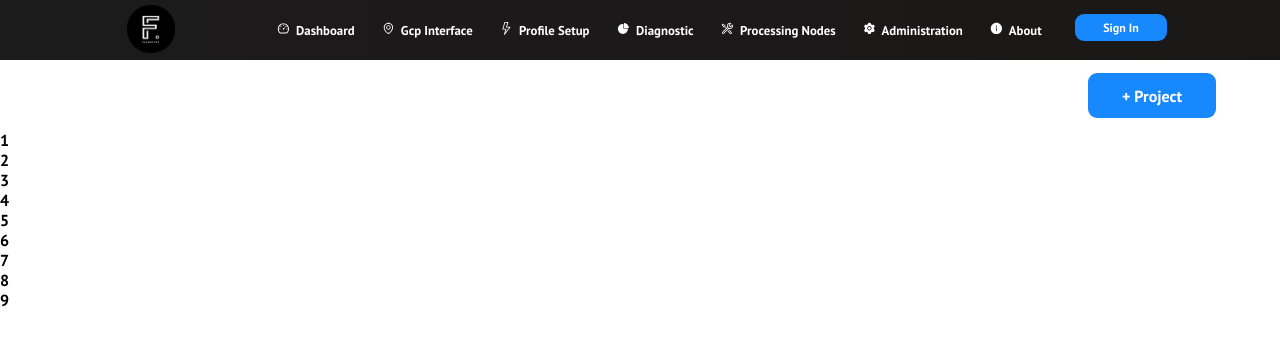
Repository: Akshaykumar1111/akki
Page: /Dashboard
These files come from the project's save history. The page is drawn as it stood at one moment and after the next save; the edit follows.
The browser window is 1280 px wide. The pictures show the whole page.
Some web libraries are served in a nearby version. The project was rebuilt for these pictures with package versions that can differ from the ones it lists, and the page was loaded fresh each time. Also part of the build but not shown: src/components/pages/Dashboard.css, src/components/pages/Administration.css, src/components/pages/Administration.js, src/components/pages/Diagnostic.js, src/components/pages/ProfileSetup.js, src/components/pages/GcpInterface.js, src/components/pages/ProcessingNodes.js, src/components/pages/About.js and 8 more.

Above is the page before, as saved 2022-10-20 11:16:52.

### src/App.css
* {
  box-sizing: border-box;
  margin: 0;
  padding: 0;
  font-family: 'PT Sans', sans-serif;
}

.home,
.Diagnostic,
.Dashboard,
.ProfileSetup,
.GcpInterface,
.ProcessingNodes,
.products,
.Administration,
.DeveloperTools,
.About,
.sign-up,
.SigUp,
.Forgot,
.marketing,
.consulting {
  display: flex;
  height: 961.3px;
  align-items: center;
  justify-content: center;
  font-size: 2rem;
}


.map-container{
  width: 100%;
  height: 100%;
}

.Dashboard {
  background-image: url('./images/img-1.jpg');
  background-position: center;
  background-size: cover;
  background-repeat: no-repeat;
  color: #fff;
  font-size: 100px;

  margin-bottom: 10px;
}

.GcpInterface {
  background-image: url('./images/img-2.jpg');
  background-position: center;
  background-size: cover;
  background-repeat: no-repeat;
  color: #fff;
  font-size: 100px;
}

.Diagnostic {
  background-image: url('./images/img-3.jpg');
  background-position: center;
  background-size: fill;
  background-repeat: no-repeat;
  color: #fff;
  font-size: 100px;
}

.ProfileSetup {
  background-image: url('./images/img-4.jpg');
  background-position: center;
  background-size: cover;
  background-repeat: no-repeat;
  color: #fff;
  font-size: 100px;
}

.sign-up {
  background-image: url('./images/img-7.jpg');
  background-position: center;
  background-size: cover;
  background-repeat: no-repeat;
  color: #fff;
  font-size: 100px;
}

.marketing {
  background-image: url('./images/img-6.jpg');
  background-position: center;
  background-size: cover;
  background-repeat: no-repeat;
  color: #fff;
  font-size: 100px;
}

.consulting {
  background-image: url('./images/img-5.jpg');
  background-position: bottom;
  background-size: cover;
  background-repeat: no-repeat;
  color: #fff;
  font-size: 100px;
}

### src/components/pages/Dashboard.js

import React from 'react';
import '../../App.css';
import '../Button.css';
import './Dashboard.css';

export default function Dashboard() {
  return ( <>
  <button type="button" className='btn projectbtn'>+ Project</button>
  <div class="grid-container">
  <div class="grid-item">1</div>
  <div class="grid-item">2</div>
  <div class="grid-item">3</div>
  <div class="grid-item">4</div>
  <div class="grid-item">5</div>
  <div class="grid-item">6</div>
  <div class="grid-item">7</div>
  <div class="grid-item">8</div>
  <div class="grid-item">9</div>
</div>
  </>
  )
 }

### src/components/Button.js
import React from 'react';
import './Button.css';
import { Link } from 'react-router-dom';

export function Button() {
  return (
    <Link to='sign-In'>
      <button className='btn'>Sign In</button>
    </Link>
  );
}

### src/components/Navbar.css
.navbar {

  height: 70px;
  display: flex;
  justify-content: center;
  align-items: center;
  font-size: 1.2rem;


}
.nav-bg1{
  background-color: rgba(42, 41, 41, 0.606);
  }
.nav-bg2{
  background: linear-gradient(90deg, rgb(28, 27, 27) 0%, rgb(26, 23, 23) 100%);

}

.navbar-logo {
  color: #fff;
  justify-self: start;
  margin-left: 20px;
  cursor: pointer;
  text-decoration: none;
  font-size: 2rem;
}

.fa-firstdraft {
    margin-left: -18%;
    font-size: 1rem;
    height: 4rem;
    width: 4rem;
    text-align: center;
    margin-top: 12%;
    margin-left: -190%;
}
/* .log-img{
  width: 8%;
} */
.nav-menu {
  display: grid;
  grid-template-columns: repeat(8, auto);
  grid-gap: 10px;
  list-style: none;
  text-align: center;
  width: 70vw;
  justify-content: end;
  margin-right: 2rem;
}

.nav-item {
  display: flex;
  align-items: center;
  height: 80px;
  margin-top: 8%;
  display: flex;
}

.nav-links {
  color: white;
  text-decoration: none;
  padding: 0.5rem 1rem;
}

.nav-links:hover {
  background-color: #1888ff;
  border-radius: 4px;
  transition: all 0.2s ease-out;
}

.fa-bars {
  color: #fff;
}

.nav-links-mobile {
  display: none;
}

.menu-icon {
  display: none;
}
.li1{
  margin-top: 9%;
}

.li2{
  margin-top: 8%;
}
.li4{
  margin-top: 9%;
}
.li5{
  margin-top: 6.5%;
}
.li6{
  margin-top: 7.3%;
}
.li7{
  margin-top: 12.4%;
}
.li8{
  margin-top: 7%;
}

.nav-links1 {
  color: white;
  text-decoration: none;
  padding: 0.5rem 1rem;
}






@media screen and (max-width: 1648px) {
  .navbar {
    /* background: linear-gradient(90deg, rgb(28, 27, 27) 0%, rgb(26, 23, 23) 100%); */
    height: 60px;
    display: flex;
    justify-content: center;
    align-items: center;
    font-size: 0.8rem;
  }
  .nav-bg1{
    background-color: rgba(42, 41, 41, 0.606);
    }
  .nav-bg2{
    background: linear-gradient(90deg, rgb(28, 27, 27) 0%, rgb(26, 23, 23) 100%);

  }
  .navbar-logo {
    color: #fff;
    justify-self: start;
    margin-left: 20px;
    cursor: pointer;
    text-decoration: none;
    font-size: 1.5rem;
    padding-right: 1%;
  }

  .fa-firstdraft {
    margin-left: -6%;
    font-size: 1rem;
    height: 3rem;
    width: 3rem;
    text-align: center;
    margin-top: 12%;
}

  .nav-menu {
    display: grid;
    grid-template-columns: repeat(8, auto);
    grid-gap: 8px;
    list-style: none;
    text-align: center;
    width: 75vw;
    justify-content: end;
    margin-right: 1.2rem;
  }

  .nav-item {
    display: flex;
    align-items: center;
    height: 75px;
  }

  .nav-links {
    color: white;
    text-decoration: none;
    padding: 0.5rem 0.6rem;
  }

  .nav-links1 {
    color: white;
    text-decoration: none;
    padding: 0.5rem 1rem;
  }

  .nav-links:hover {
    background-color: #1888ff;
    border-radius: 4px;
    transition: all 0.2s ease-out;
  }

  .fa-bars {
    color: #fff;
  }

  .nav-links-mobile {
    display: none;
  }

  .menu-icon {
    display: none;
  }
  .li1{
    margin-top: 9%;
  }

  .li2{
    margin-top: 8%;
  }
  .li4{
    margin-top: 9%;
  }
  .li5{
    margin-top: 6.5%;
  }
  .li6{
    margin-top: 7.3%;
  }
  .li7{
    margin-top: 12.4%;
  }
  .li8{
    margin-top: 7%;
  }

}



@media screen and (max-width: 961px) {
  .NavbarItems {
    position: relative;
  }

  .nav-menu {
    display: flex;
    flex-direction: column;
    width: 100%;
    height: 90vh;
    position: absolute;
    top: 80px;
    left: -100%;
    opacity: 1;
    transition: all 0.5s ease;
  }

  .nav-menu.active {
    background: #242222;
    left: 0;
    opacity: 1;
    transition: all 0.5s ease;
    z-index: 1;
  }

  .nav-links {
    text-align: center;
    padding: 0rem;
    width: 100%;
    display: table;
    margin-top: -1%;
  }

  .nav-links1 {
    color: white;
    text-decoration: none;
    padding: 0.5rem 1rem;
  }


  .nav-links:hover {
    background-color: #1888ff;
    border-radius: 0;
  }

  .navbar-logo {
    position: absolute;
    top: 0;
    left: 0;
    transform: translate(25%, 50%);
  }

  .menu-icon {
    display: block;
    position: absolute;
    top: -8px;
    right: 0;
    transform: translate(-100%, 60%);
    font-size: 1.8rem;
    cursor: pointer;
  }

  .fa-times {
    color: #fff;
    font-size: 2rem;
  }
  .nav-item {
    display: flex;
    align-items: center;
    height: 88px;
    font-size: 155%;
}

  .nav-links-mobile {
    display: block;
    text-align: center;
    /* padding: 1.5rem; */
    margin: 0rem auto;
    border-radius: 16px;
    width: 50%;
    background: #1888ff;
    text-decoration: none;
    color: #fff;
    font-size: 1.2rem;
    height: 55px;
    margin-bottom: 2%;
    padding-top: 2%;
  }

  .nav-links-mobile:hover {
    background: #fff;
    color: #1888ff;
    transition: 250ms;
  }

  .nav-Button{
    margin-top: 14%;
  }
  /* button {
    display: none;
  } */
  .fa-firstdraft {
    margin-left: 85%;
    font-size: 1rem;
    height: 3rem;
    width: 3rem;
    text-align: center;
    margin-top: -28%;
}
.li1{
  margin-top: 9%;
}

.li2{
  margin-top: 8%;
}
.li4{
  margin-top: 9%;
}
.li5{
  margin-top: 6.5%;
}
.li6{
  margin-top: 7.3%;
}
.li7{
  margin-top: 12.4%;
}
.li8{
  margin-top: 7%;
}

}



@media screen and (max-width: 480px) {
  .NavbarItems {
    position: relative;
  }

  .nav-menu {
    display: flex;
    flex-direction: column;
    width: 100%;
    height: 90vh;
    position: absolute;
    top: 80px;
    left: -100%;
    opacity: 1;
    transition: all 0.5s ease;
  }

  .nav-menu.active {
    background: #242222;
    left: 0;
    opacity: 1;
    transition: all 0.5s ease;
    z-index: 1;
  }

  .nav-links {
    text-align: center;
    padding: 0rem;
    width: 100%;
    display: table;
    margin-top: -1%;
  }

  .nav-links1 {
    color: white;
    text-decoration: none;
    padding: 0.5rem 1rem;
  }


  .nav-links:hover {
    background-color: #1888ff;
    border-radius: 0;
  }

  .navbar-logo {
    position: absolute;
    top: 0;
    left: 0;
    transform: translate(25%, 50%);
  }

  .menu-icon {
    display: block;
    position: absolute;
    top: -8px;
    right: 0;
    transform: translate(-100%, 60%);
    font-size: 1.8rem;
    cursor: pointer;
  }

  .fa-times {
    color: #fff;
    font-size: 2rem;
  }
  .nav-item {
    display: flex;
    align-items: center;
    height: 88px;
    font-size: 155%;
}

  .nav-links-mobile {
    display: block;
    text-align: center;
    /* padding: 1.5rem; */
    margin: 0rem auto;
    border-radius: 16px;
    width: 50%;
    background: #1888ff;
    text-decoration: none;
    color: #fff;
    font-size: 1.2rem;
    height: 55px;
    margin-bottom: 2%;
    padding-top: 2%;
  }

  .nav-links-mobile:hover {
    background: #fff;
    color: #1888ff;
    transition: 250ms;
  }

  .nav-Button{
    margin-top: 14%;
  }
  /* button {
    display: none;
  } */
  .fa-firstdraft {
    margin-left: 50%;
    font-size: 1rem;
    height: 3rem;
    width: 3rem;
    text-align: center;
    margin-top: -28%;
}
.li1{
  margin-top: 9%;
}

.li2{
  margin-top: 8%;
}
.li4{
  margin-top: 9%;
}
.li5{
  margin-top: 6.5%;
}
.li6{
  margin-top: 7.3%;
}
.li7{
  margin-top: 12.4%;
}
.li8{
  margin-top: 7%;
}

}

/* <-----------sticky navbar----------> */
/* .sticky{
  position: fixed;
  top: 0;
  left: 0;
  width: 100%;
  height: 5rem;
  padding-top: 0;
  padding-bottom: 0;
  box-shadow: 0 0 2rem 0 rgb(0,0,0,5);
} */
/* <-----------sticky navbar end----------> */

### src/components/Button.css
:root {
  --primary: #1888ff;
}

.btn {
  padding: 6px 9px;
  border-radius: 4px;
  outline: none;
  border: none;
  font-size: 15px;
  color: #fff;
  cursor: pointer;
  background-color: var(--primary);
  margin-top: 33%;
}
.projectbtn {
  font-size: 150%;
  /* padding: 0.5% 0.1% 0.5% 0.1%; */
  width: 10%;
  margin-top: 1%;
  margin-left: 89%;
}

.btn:hover {
  padding: 5px 9px;
  transition: all 0.3s ease-out;
  background-color: transparent;
  color: #fff;
  border-radius: 4px;
  border: 2px solid var(--primary);
  transition: all 0.3s ease-out;
}
@media screen and (max-width: 1140px) {
  .NavbarItems {
    position: relative;
  }
  :root {
    --primary: #1888ff;
  }

  .btn {
    padding: 6px 12px;
    border-radius: 9px;
    outline: none;
    border: none;
    font-size: 12px;
    color: #fff;
    cursor: pointer;
    background-color: var(--primary);
    margin-top: 36%;
  }
  .projectbtn {
    font-size: 150%;
    /* padding: 0.5% 0.1% 0.5% 0.1%; */
    width: 10%;
    margin-top: 1%;
    margin-left: 89%;
  }

  .btn:hover {
    padding: 6px 18px;
    transition: all 0.3s ease-out;
    background-color: transparent;
    color: #fff;
    border-radius: 4px;
    border: 2px solid var(--primary);
    transition: all 0.3s ease-out;
  }
}

@media screen and (max-width: 1648px) {
  .NavbarItems {
    position: relative;
  }
  :root {
    --primary: #1888ff;
  }

  .btn {
    padding: 6px 12px;
    border-radius: 9px;
    outline: none;
    border: none;
    font-size: 12px;
    color: #fff;
    cursor: pointer;
    background-color: var(--primary);
    margin-top: 26%;
  }
  .projectbtn {
    font-size: 100%;
    padding: 1% 0.1% 1% 0.1%;
    width: 10%;
    margin-top: 1%;
    margin-left: 85%;
  }

  .btn:hover {
    padding: 6px 18px;
    transition: all 0.3s ease-out;
    background-color: transparent;
    color: #fff;
    border-radius: 4px;
    border: 2px solid var(--primary);
    transition: all 0.3s ease-out;
  }
}




@media screen and (max-width: 961px) {
  .NavbarItems {
    position: relative;
  }
  :root {
    --primary: #1888ff;
  }

  .btn {

    border-radius: 9px;
    outline: none;
    border: none;
    font-size: 12px;
    color: #fff;
    cursor: pointer;
    background-color: var(--primary);
    width: auto;
    margin-top: 3%;
  }
  .projectbtn {
    font-size: 100%;
    padding: 1.5% 0.1% 1.5% 0.1%;
    width: 10%;
    margin-top: 1%;
    margin-left: 86%;
  }

  .btn:hover {
    padding: 0px 0px;
    transition: all 0.3s ease-out;
    background-color: transparent;
    color: #fff;
    border-radius: 4px;
    border: 2px solid var(--primary);
    transition: all 0.3s ease-out;
  }
}

### src/components/pages/Signin.css
.sign-ups{
    display: flex;
    height: 33px;
    align-items: center;
    justify-content: center;
    font-size: 3rem;
    margin-top: -9px;
    color:whitesmoke;
    text-shadow: 2px 2px 15px white;
  }
  body {font-family: Arial, Helvetica, sans-serif;}
  /* The Modal (background) */
  .Main-login-Div {
  width: 100%;
  height: 100%;
  background-color: rgba(0,0,0,0.4);

  padding:10% 20% 5.6% 20%;

  background-image: url('../../images/abhi.jpg');
  background-size: cover;


  }

  /* input[type=text], input[type=password] {
  width: 100%;
  padding: 12px 20px;
  margin: 12px 0;
  display: inline-block;
  border: 1px solid #ccc;
  box-sizing: border-box;
  } */
  .input[type=text], .input[type=password] {
    width: 100%;
    padding: 12px 20px;
    margin: 12px 0;
    display: inline-block;
    border: 1px solid #ccc;
    box-sizing: border-box;
    }

  /* Set a style for all buttons */
  button {
  background-color: var(--primary);
  color: white;
  padding: 14px 20px;
  margin: 12px 0;
  border: none;
  cursor: pointer;
  width: 100%;
  border-radius: 10px;

  }


  button:hover {
  opacity: 0.8;
  }

  .nav-links-mobile {
    display: none;
  }

  /* Extra styles for the cancel button */
  .cancelbtn {
  width: auto;
  padding: 10px 18px;
  background-color: #f44336;
  border-radius: 9%;
  }

  .Signupbtn{
  width: auto;
  padding: 10px 18px;
  background-color: var(--primary);
  text-align: center;
  border-radius: 9%;
  }

  /* Center the image and position the close button */
  .imgcontainer  {
  text-align: center;
  margin: 24px 0 12px 0;
  position: relative;
  }

  img.avatar {
  width: 40%;
  border-radius: 50%;
  }

  .container {
  padding: 16px;
  /* text-align: right; */

  }
  .cont2{
    margin-left: 75px;
  }

  .container5 {

  /* text-align: right; */
  width: 100%;
  display: flex;
  /* height: 10%; */

  }

  .container1 {
  padding: 16px;

  width: 80%;

  }
  .container2 {
  width: 20%;
  text-align: right;
  padding: 16px;

  }







  span.psw {
  float: right;
  padding-top: 16px;
  }



  /* Modal Content/Box */
  .modal-content {
  background-color: #fefefe;
  margin: 5% auto 15% auto; /* 5% from the top, 15% from the bottom and centered */
  border: 1px solid #888;
  width: 80%; /* Could be more or less, depending on screen size */
  border-radius: 18px;
  }

  /* The Close Button (x) */
  .close {
  position: absolute;
  right: 25px;
  top: 0;
  color: #000;
  font-size: 35px;
  font-weight: bold;
  }

  .close:hover,
  .close:focus {
  color: red;
  cursor: pointer;
  }

  /* Add Zoom Animation */
  .animate {
  -webkit-animation: animatezoom 0.6s;
  animation: animatezoom 0.6s
  }

  @-webkit-keyframes animatezoom {
  from {-webkit-transform: scale(0)}
  to {-webkit-transform: scale(1)}
  }

  @keyframes animatezoom {
  from {transform: scale(0)}
  to {transform: scale(1)}
  }


  /* /////////////////////////////////////////////////////////////////////////////////////////////////////////////////// */
  @media screen and (max-width: 961px){
  .sign-ups{
    display: flex;
    height: 33px;
    align-items: center;
    justify-content: center;
    font-size: 3rem;
    margin-top: -9px;
    color:whitesmoke;
    text-shadow: 2px 2px 15px white;
  }
  body {font-family: Arial, Helvetica, sans-serif;}
  /* The Modal (background) */
  .Main-login-Div {
  width: 100%; /* Full width */
  height: 100%; /* Full height */
  background-color: rgba(0,0,0,0.4); /* Black w/ opacity */
  padding-top: 15%;
  padding-bottom: 2%;

  background-image: url('../../images/abhi.jpg');
  background-size: cover;


  }

  .input2[type=text], .input2[type=password] {
  width: 80%;
  padding: 12px 20px;
  margin: 12px 0;
  display: inline-block;
  border: 1px solid #ccc;
  box-sizing: border-box;
  }

  /* Set a style for all buttons */
  button {
  background-color: var(--primary);
  color: white;
  padding: 14px 20px;
  margin: 12px 0;
  border: none;
  cursor: pointer;
  width: 100%;
  border-radius: 10px;
  }


  button:hover {
  opacity: 0.8;
  }

  /* Extra styles for the cancel button */
  .cancelbtn {
  /* width: auto; */
  padding: 10px 18px;
  background-color: #f44336;
  }

  .Signupbtn{
  /* width: auto; */
  padding: 10px 18px;
  background-color: var(--primary);
  text-align: center;

  }

  /* Center the image and position the close button */
  .imgcontainer  {
  text-align: center;
  margin: 24px 0 12px 0;
  position: relative;
  }

  img.avatar {
  width: 40%;
  border-radius: 50%;
  }

  .container {
  padding: 16px;
  /* text-align: right; */

  }

  .container5 {

  /* text-align: right; */
  width: 100%;
  display: flex;
  /* height: 10%; */

  }

  .container1 {
  padding: 16px;

  width: 80%;

  }
  .container2 {
  width: 50%;
  text-align: right;
  padding: 16px;

  }








  span.psw {
  float: right;
  padding-top: 16px;
  }



  /* Modal Content/Box */
  .modal-content {
  background-color: #fefefe;
  margin: 5% auto 15% auto; /* 5% from the top, 15% from the bottom and centered */
  border: 1px solid #888;
  width: 80%; /* Could be more or less, depending on screen size */
  border-radius: 18px;
  }

  /* The Close Button (x) */
  .close {
  position: absolute;
  right: 25px;
  top: 0;
  color: #000;
  font-size: 35px;
  font-weight: bold;
  }

  .close:hover,
  .close:focus {
  color: red;
  cursor: pointer;
  }

  /* Add Zoom Animation */
  .animate {
  -webkit-animation: animatezoom 0.6s;
  animation: animatezoom 0.6s
  }

  @-webkit-keyframes animatezoom {
  from {-webkit-transform: scale(0)}
  to {-webkit-transform: scale(1)}
  }

  @keyframes animatezoom {
  from {transform: scale(0)}
  to {transform: scale(1)}
  }
  }
  @media screen and (max-width: 300px) {
    span.psw {
       display: block;
       float: none;
    }
    .cancelbtn {
       width: 100%;
    }
  }

  @media screen and (max-width: 610px){
    .sign-ups{
      display: flex;
      height: 33px;
      align-items: center;
      justify-content: center;
      font-size: 2rem;
      margin-top: -9px;
      color:whitesmoke;
      text-shadow: 2px 2px 15px white;
    }
    body {font-family: Arial, Helvetica, sans-serif;}
    /* The Modal (background) */
    .Main-login-Div {
    width: 100%; /* Full width */
    height: 100%; /* Full height */
    background-color: rgba(0,0,0,0.4); /* Black w/ opacity */
    padding-top: 15%;
    padding-bottom: 2%;

    background-image: url('../../images/abhi.jpg');
    background-size: cover;


    }

    .input[type=text], .input[type=password] {
    width: 100%;
    padding: 12px 20px;
    margin: 12px 0;
    display: inline-block;
    border: 1px solid #ccc;
    box-sizing: border-box;
    }

    /* Set a style for all buttons */
    /* button {
    background-color: var(--primary);
    color: white;
    padding: 14px 20px;
    margin: 12px 0;
    border: none;
    cursor: pointer;
    width: 126%;
    } */
    .button {
      background-color: var(--primary);
      color: white;
      padding: 14px 20px;
      margin: 12px 0;
      border: none;
      cursor: pointer;
      width: 100%;
      border-radius: 10px;
      }



    button:hover {
    opacity: 0.8;
    }

    /* Extra styles for the cancel button */
    .cancelbtn {
    /* width: auto; */
    padding: 7px 14px;
    background-color: #f44336;
    }
    .cont2{
      margin-left: 75px;

    }
    .Signupbtn{
    /* width: auto; */
    padding: 3px 11px;
    background-color: var(--primary);
    text-align: center;
    font-size: 14px;

    }
    .Forgot-password{
      font-size: 12px;
    }

    /* Center the image and position the close button */
    .imgcontainer  {
    text-align: center;
    margin: 24px 0 12px 0;
    position: relative;
    }

    img.avatar {
    width: 40%;
    border-radius: 50%;
    }

    .container {
    padding: 16px;
    /* text-align: right; */
    width: 100%;

    }

    .container5 {

    /* text-align: right; */
    width: 100%;
    display: flex;
    /* height: 10%; */

    }

    .container1{
    padding: 16px;

    width: 80%;

    }
    .container2 {
    width: 50%;
    text-align: right;
    padding: 16px;

    }








    span.psw1 {
    float: right;
    padding-top: 16px;
    }



    /* Modal Content/Box */
    .modal-content {
    background-color: #fefefe;
    margin: 5% auto 15% auto; /* 5% from the top, 15% from the bottom and centered */
    border: 1px solid #888;
    width: 80%; /* Could be more or less, depending on screen size */
    border-radius: 18px;
    }

    /* The Close Button (x) */
    .close {
    position: absolute;
    right: 25px;
    top: 0;
    color: #000;
    font-size: 35px;
    font-weight: bold;
    }

    .close:hover,
    .close:focus {
    color: red;
    cursor: pointer;
    }

    /* Add Zoom Animation */
    .animate {
    -webkit-animation: animatezoom 0.6s;
    animation: animatezoom 0.6s
    }

    @-webkit-keyframes animatezoom {
    from {-webkit-transform: scale(0)}
    to {-webkit-transform: scale(1)}
    }

    @keyframes animatezoom {
    from {transform: scale(0)}
    to {transform: scale(1)}
    }
    }

    @media screen and (max-width: 523px){
      .sign-ups{
        display: flex;
        height: 33px;
        align-items: center;
        justify-content: center;
        font-size: 1.5rem;
        margin-top: -9px;
        color:whitesmoke;
        text-shadow: 2px 2px 15px white;
      }
      body {font-family: Arial, Helvetica, sans-serif;}
      /* The Modal (background) */
      .Main-login-Div {
      width: 100%; /* Full width */
      height: 100%; /* Full height */
      background-color: rgba(0,0,0,0.4); /* Black w/ opacity */
      padding-top: 15%;
      padding-bottom: 2%;

      background-image: url('../../images/abhi.jpg');
      background-size: cover;


      }

      .input[type=text], .input[type=password] {
      width: 100%;
      padding: 12px 20px;
      margin: 12px 0;
      display: inline-block;
      border: 1px solid #ccc;
      box-sizing: border-box;
      }

      /* Set a style for all buttons */
      /* button {
      background-color: var(--primary);
      color: white;
      padding: 14px 20px;
      margin: 12px 0;
      border: none;
      cursor: pointer;
      width: 126%;
      } */
      .button {
        background-color: var(--primary);
        color: white;
        padding: 14px 20px;
        margin: 12px 0;
        border: none;
        cursor: pointer;
        width: 100%;
        border-radius: 10px;

        }



      button:hover {
      opacity: 0.8;
      }

      /* Extra styles for the cancel button */
      .cancelbtn {
      /* width: auto; */
      padding: 7px 14px;
      background-color: #f44336;
      }
      .cont2{
        margin-left: 30px;

      }
      .Signupbtn{
      /* width: auto; */
      padding: 3px 11px;
      background-color: var(--primary);
      text-align: center;
      font-size: 14px;

      }
      .Forgot-password{
        font-size: 12px;
      }

      /* Center the image and position the close button */
      .imgcontainer  {
      text-align: center;
      margin: 24px 0 12px 0;
      position: relative;
      }

      img.avatar {
      width: 40%;
      border-radius: 50%;
      }

      .container {
      padding: 16px;
      /* text-align: right; */
      width: 100%;

      }

      .container5 {

      /* text-align: right; */
      width: 100%;
      display: flex;
      /* height: 10%; */

      }

      .container1{
      padding: 16px;

      width: 80%;

      }
      .container2 {
      width: 50%;
      text-align: right;
      padding: 16px;

      }








      span.psw1 {
      float: right;
      padding-top: 16px;
      }



      /* Modal Content/Box */
      .modal-content {
      background-color: #fefefe;
      margin: 5% auto 15% auto; /* 5% from the top, 15% from the bottom and centered */
      border: 1px solid #888;
      width: 80%; /* Could be more or less, depending on screen size */
      border-radius: 18px;
      }

      /* The Close Button (x) */
      .close {
      position: absolute;
      right: 25px;
      top: 0;
      color: #000;
      font-size: 35px;
      font-weight: bold;
      }

      .close:hover,
      .close:focus {
      color: red;
      cursor: pointer;
      }

      /* Add Zoom Animation */
      .animate {
      -webkit-animation: animatezoom 0.6s;
      animation: animatezoom 0.6s
      }

      @-webkit-keyframes animatezoom {
      from {-webkit-transform: scale(0)}
      to {-webkit-transform: scale(1)}
      }

      @keyframes animatezoom {
      from {transform: scale(0)}
      to {transform: scale(1)}
      }

      }

Loaded but not shown: public/index.html (common file); src/index.js (common file); src/components/Navbar.js (179 lines, source omitted); src/App.js (57 lines, source omitted)

After the next save:
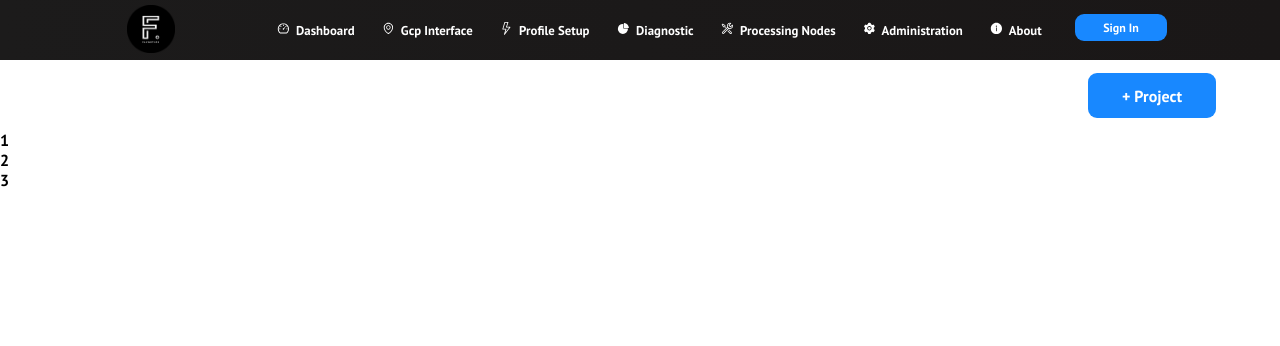
Saved 46 s later.
--- a/src/components/pages/Dashboard.js
+++ b/src/components/pages/Dashboard.js
@@ -11,12 +11,7 @@ export default function Dashboard() {
   <div class="grid-item">1</div>
   <div class="grid-item">2</div>
   <div class="grid-item">3</div>
-  <div class="grid-item">4</div>
-  <div class="grid-item">5</div>
-  <div class="grid-item">6</div>
-  <div class="grid-item">7</div>
-  <div class="grid-item">8</div>
-  <div class="grid-item">9</div>
+
 </div>
   </>
   )
